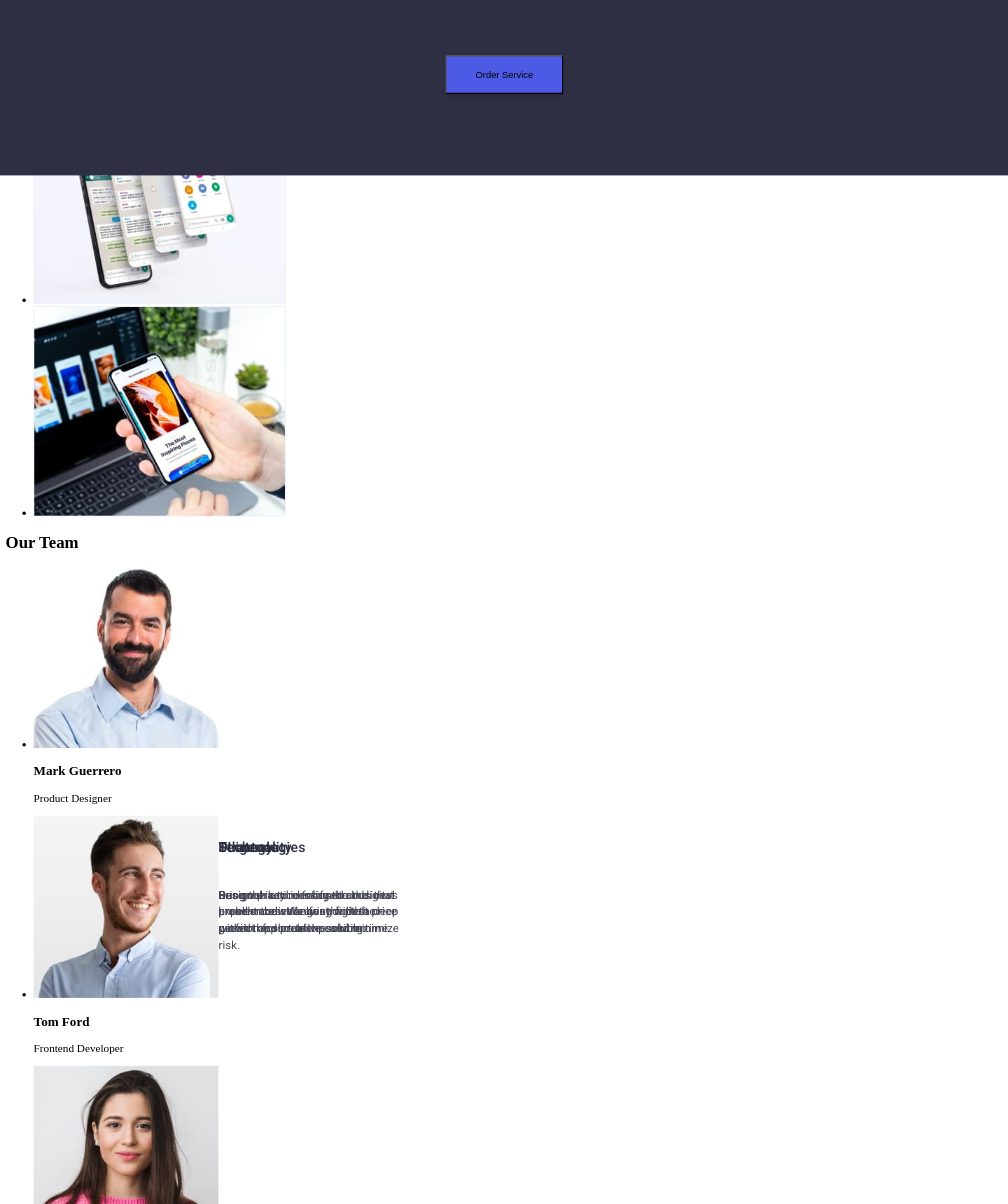
Repository: GrishchenkoNataliya/goit-markup-hw-02
Page: index.html
The author's editor kept a copy of each file at every save. The page is drawn from the files as they stood at one save, then again after the next save.
The browser window is 1280 px wide. The page is 1440 px wide, so the pictures cover 1440 px, including what lies to the right of the window. The pictures show the part of the page from y = 422 to 2142 px (the page is 2733 px tall before and 1995 px after), at 70% of full size.

Above is the page before, as saved 2023-03-06 19:35:58.

### index.html
<!DOCTYPE html>
<html lang="en">
  <head>
    <meta charset="UTF-8" />
    <meta http-equiv="X-UA-Compatible" content="IE=edge" />
    <meta name="viewport" content="width=device-width, initial-scale=1.0" />

    <link rel="preconnect" href="https://fonts.googleapis.com" />
    <link rel="preconnect" href="https://fonts.gstatic.com" crossorigin />
    <link
      href="https://fonts.googleapis.com/css2?family=Raleway:wght@800&family=Roboto+Mono:wght@600&family=Roboto:wght@400;500;700&display=swap"
      rel="stylesheet"
    />
    <link rel="stylesheet" href="./css/styles.css" />
    <title>homework_2</title>
  </head>
  <body class="body">
    <header class="header">
      <a class="header-logo" href="./index.html"
        >Web<span class="studio">Studio </span></a
      >
      <nav class="header-nav">
        <ul class="header-list">
          <li class="header-item">
            <a
              class="header-link"
              href=""
              target="_blank"
              rel="noopener noreferrer nofollow"
              >Studio</a
            >
          </li>
          <li class="header-item-portfolio">
            <a
              class="header-link"
              href="./portfolio/portfolio.html"
              target="_blank"
              rel="noopener noreferrer nofollow"
              >Portfolio</a
            >
          </li>
          <li class="header-item">
            <a
              class="header-link"
              href=""
              target="_blank"
              rel="noopener noreferrer nofollow"
              >Contacts</a
            >
          </li>
        </ul>
      </nav>
      <address class="address">
        <ul class="address-list">
          <li class="address-mail">
            <a href="mailto:info@devstudio.com">info@devstudio.com</a>
          </li>
          <li class="address-tel">
            <a href="tel:+110001111111">+11 (000) 111-11-11</a>
          </li>
        </ul>
      </address>
    </header>
    <main class="main">
      <section class="hero">
        <h1 class="hero-title">Effective Solutions for Your Business</h1>
        <button class="hero-btn" type="button">Order Service</button>
        <!-- Dark-bg -->
      </section>

      <section class="feature1">
        <h2 hidden>Большой заголовок</h2>
        <ul class="feature1-list">
          <li class="feature1-item">
            <h3 class="feature1-title">Strategy</h3>
            <p class="feature1-text">
              Our goal is to identify the business problem to walk away with the
              perfect and creative solution.
            </p>
          </li>
          <li class="feature1-item">
            <h3 class="feature1-title">Punctuality</h3>
            <p class="feature1-text">
              Bring the key message to the brand's audience for the best price
              within the shortest possible time.
            </p>
          </li>
          <li class="feature1-item">
            <h3 class="feature1-title">Diligence</h3>
            <p class="feature1-text">
              Research and confirm brands that present the strongest digital
              growth opportunities and minimize risk.
            </p>
          </li>
          <li class="feature1-item">
            <h3 class="feature1-title">Technologies</h3>
            <p class="feature1-text">
              Design practice focused on digital experiences. We bring forth a
              deep passion for problem-solving.
            </p>
          </li>
        </ul>
      </section>

      <section class="feature2">
        <h2 class="feature2-title">What are we doing</h2>
        <ul class="feature2-list">
          <li class="feature2-item">
            <img
              src="./images/pages1/Rectangle71-1.jpg"
              alt="Rectangle 71-1"
              width="360"
            />
          </li>
          <li class="feature2-item">
            <img
              src="./images/pages1/Rectangle71-2.jpg"
              alt="Rectangle 71-2"
              width="360"
            />
          </li>
          <li class="feature2-item">
            <img
              src="./images/pages1/Rectangle71-3.jpg"
              alt="Rectangle 71-3"
              width="360"
            />
          </li>
        </ul>
      </section>
      <section class="feature3">
        <h2 class="feature3-title">Our Team</h2>
        <ul class="feature3-list">
          <li class="feature3-item">
            <img
              src="./images/pages1/img1.jpg"
              alt="Mark Guerrero"
              width="264"
            />
            <h3 class="feature3-subtitle">Mark Guerrero</h3>
            <p>Product Designer</p>
          </li>
          <li class="feature3-item">
            <img src="./images/pages1/img2.jpg" alt="Tom Ford" width="264" />
            <h3 class="feature3-subtitle">Tom Ford</h3>
            <p>Frontend Developer</p>
          </li>
          <li class="feature3-item">
            <img
              src="./images/pages1/img3.jpg"
              alt="Camila Garcia"
              width="264"
            />
            <h3 class="feature3-subtitle">Camila Garcia</h3>
            <p>Marketing</p>
          </li>
          <li class="feature3-item">
            <img
              src="./images/pages1/img4.jpg"
              alt="Daniel Wilson"
              width="264"
            />
            <h3 class="feature3-subtitle">Daniel Wilson</h3>
            <p>UI Designer</p>
          </li>
        </ul>
      </section>
    </main>
    <footer class="footer">
      <a class="header-logo" href="./index.html"
        >Web<span class="studio">Studio </span></a
      >

      <p class="footer-text">
        Increase the flow of customers and sales for your business with digital
        marketing & growth solutions.
      </p>
      <!-- Dark-bg -->
    </footer>
  </body>
</html>

### css/styles.css
body {
  font-family: "Roboto Regular", sans-serif;
  font-family: open-;
}
/* @font-face {
  font-family: Roboto-500;
  src: url(../fonts/);
}
Підключення шрифта з папки fonts */

.header {
}

.header-logo {
  font-family: "Raleway";
  font-style: normal;
  font-weight: 800;
  font-size: 18px;
  line-height: 1.33;

  display: flex;
  align-items: center;
  letter-spacing: 0.03em;
  text-transform: uppercase;

  color: #4d5ae5;
}
.header-nav {
}

.studio {
  color: black;
}
.header-list {
  font-family: "Roboto";
  font-style: normal;
  font-weight: 500;
  font-size: 16px;
  line-height: 1.5;
  letter-spacing: 0.02em;
  color: #2e2f42;
}

.address {
}
.address-list {
  font-family: "Roboto";
  font-style: normal;
  font-weight: 400;
  font-size: 16px;
  line-height: 1.5;
  letter-spacing: 0.02em;
  color: #434455;
}
.address-mail {
}
.address-tel {
}
.main {
}
/* section hero */
.hero {
  position: absolute;
  width: 1440px;
  height: 600px;
  left: 0px;
  top: 72px;
  background: #2e2f42;
}
.hero-title {
  font-family: "Roboto";
  font-style: normal;
  font-weight: 700;
  font-size: 56px;
  line-height: 1.07;
  text-align: center;
  letter-spacing: 0.02em;
  color: #ffffff;
}
.hero-btn {
  position: absolute;
  width: 169px;
  height: 56px;
  left: 636px;
  top: 428px;
  background: #4d5ae5;
  box-shadow: 0px 4px 4px rgba(0, 0, 0, 0.15);
  border-radius: 4px;
}
/* section 1 */
.feature1 {
}
.feature1-list {
  position: absolute;
  width: 1128px;
  height: 104px;
  left: 156px;
  top: 792px;
}
.feature1-item {
  display: flex;
  flex-direction: column;
  align-items: flex-start;
  padding: 0px;
  gap: 8px;

  position: absolute;
  width: 264px;
  height: 104px;
  left: 156px;
  top: 792px;
}
.feature1-title {
  font-family: "Roboto";
  font-style: normal;
  font-weight: 500;
  font-size: 20px;
  line-height: 1.2;
  letter-spacing: 0.02em;
  color: #2e2f42;
}
.feature1-text {
  font-family: "Roboto";
  font-style: normal;
  font-weight: 400;
  font-size: 16px;
  line-height: 1.5;
  letter-spacing: 0.02em;
  color: #434455;
}
/* section 2 */
.feature2 {
}
.feature2-title {
}
.feature2-list {
}
.feature2-item {
}
/* section 3 */
.feature3 {
}
.feature3-title {
}
.feature3-list {
}
.feature3-item {
}
.feature3-subtitle {
}
.footer {
}
.footer-text {
}

After the next save:
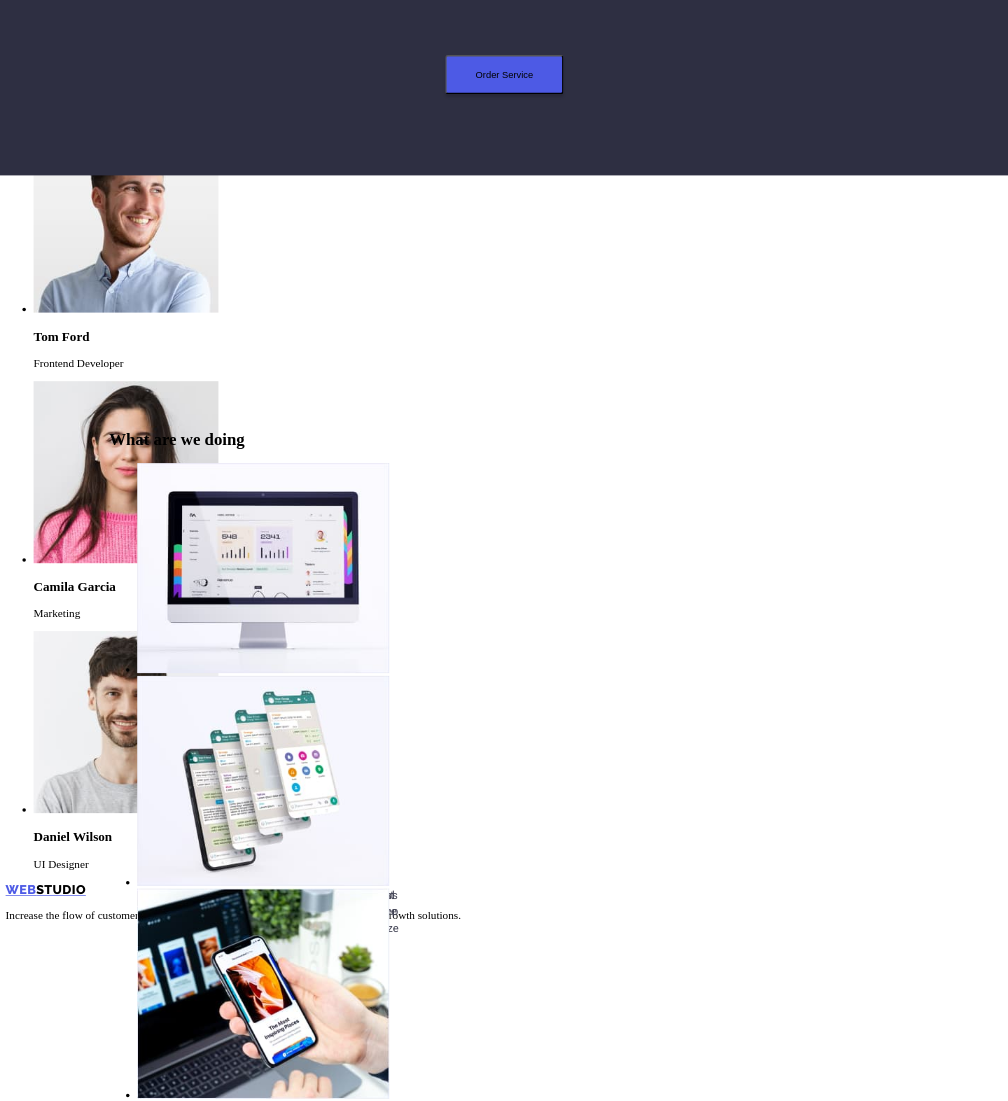
Saved 2 min 17 s later.
--- a/css/styles.css
+++ b/css/styles.css
@@ -130,6 +130,11 @@ body {
 }
 /* section 2 */
 .feature2 {
+  position: absolute;
+  width: 1128px;
+  height: 412px;
+  left: 156px;
+  top: 1016px;
 }
 .feature2-title {
 }
